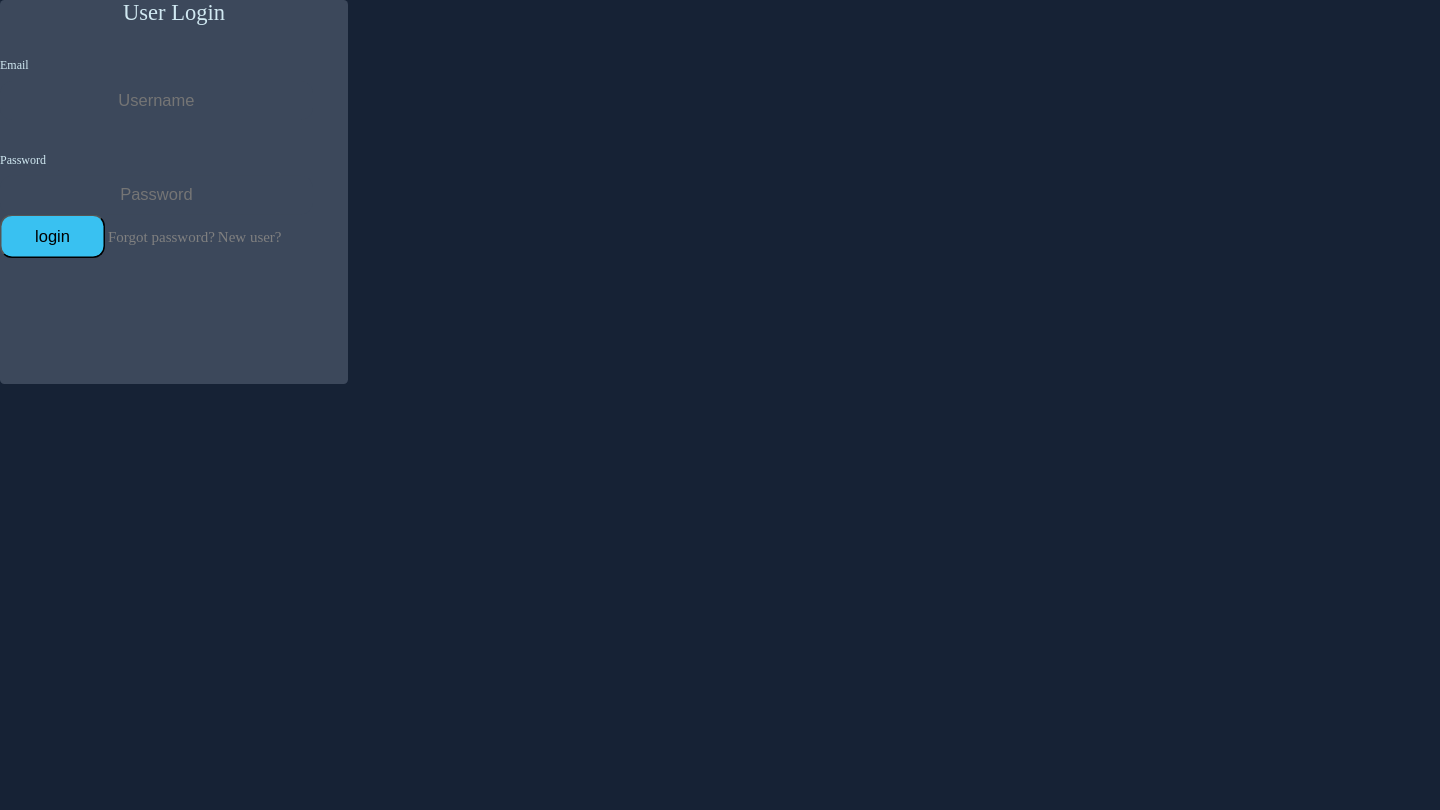
Repository: leystra019/nea
Page: html/user login.html
The author's editor kept a copy of each file at every save. The page is drawn from the files as they stood at one save, then again after the next save.
The browser window is 1280 px wide. The page is 1920 px wide, so the pictures cover 1920 px, including what lies to the right of the window. The pictures show the whole page, at 75% of full size.

Above is the page before, as saved 2022-12-12 09:50:58.

### html/user login.html

<!DOCTYPE html>
<html lang="en">
<head>
    <meta charset="UTF-8">
    <meta http-equiv="X-UA-Compatible" content="IE=edge">
    <meta name="viewport" content="width=device-width, initial-scale=1.0">
    <title>Login_system</title>
    <link href="/neatest/css/login.css" rel="stylesheet" type="text/css">
</head>
<body>
    <div class="background">
        <div class="ln-card">
            <div class="title">User Login</div>
            <form action="/neatest/php/main php/authlogin.php" method="post">
                <header>Email</header>
                <input type="username" name="username" id="username" class="logbox" placeholder="Username">
                <header>Password</header>
                <input type="password" name="password" class="logbox" id="password" placeholder="Password">
                <input type="submit" value="login" class="submbtn" id="button">
                <a href="/neatest/html/passwordcheck.html">Forgot password?</a>
                <a href="registration.html">New user?</a>
            </form>
        </div>



    </div>
</body>
</html>

### css/login.css
* {
    margin: 0px !important;
    padding: 0px !important;
    text-decoration: none;

  }

.background {
  width: 1920px;
  height: 1080px;
  background-color: #162235;
  padding-top: 123px;

}


.ln-card {
    height: 512px;
    width: 464px;
    background-color: #3C485B;
    border: 0px;
    padding-top: 46px;
    border-radius: 6px;
    margin: auto
}

.title {
  font-size: 30px;
  text-align: center;
  color: #D1E9F2;
  text-align: center;
  padding-top: 32px;
}

b {
  font-size: 22px;
  margin-left: 60px;
  margin-bottom: 0;

}

.profile-img {
  height: 204px;
  margin-top: 96px;
  margin-left: 184px;
  width: 255px;
}

.logbox {
  margin-left: 104px;
  margin-right: 104px;
  border-radius: 16px;
  border: 1px;
  height: 52px;
  width: 417px;
  background-color: #3C485B;
  border-color: #c0c0c0;
  font-size: 22px;
  text-align: center;
  margin-top: 43px;
  color: grey;


}

.submbtn {
  position: sticky;
  margin-top: 25px;
  margin-left: 250px;
  margin-bottom: 40px;
  width: 140px;
  height: 58px;
  background-color: #39C1F1;
  text-align: center;
  border-radius: 16px;
  font-size: 22px;

}

.login form input[type="submit"]:hover {
	background-color: #2868c7;
  	transition: background-color 0.2s;
}

a {
  font-size: 20px;
  margin-left: 5px;
  color: grey;

}

header {
  color: #D1E9F2;
  padding-bottom: 12px !important;
  padding-top: 44px !important;
  font-size: 16px;
}

After the next save:
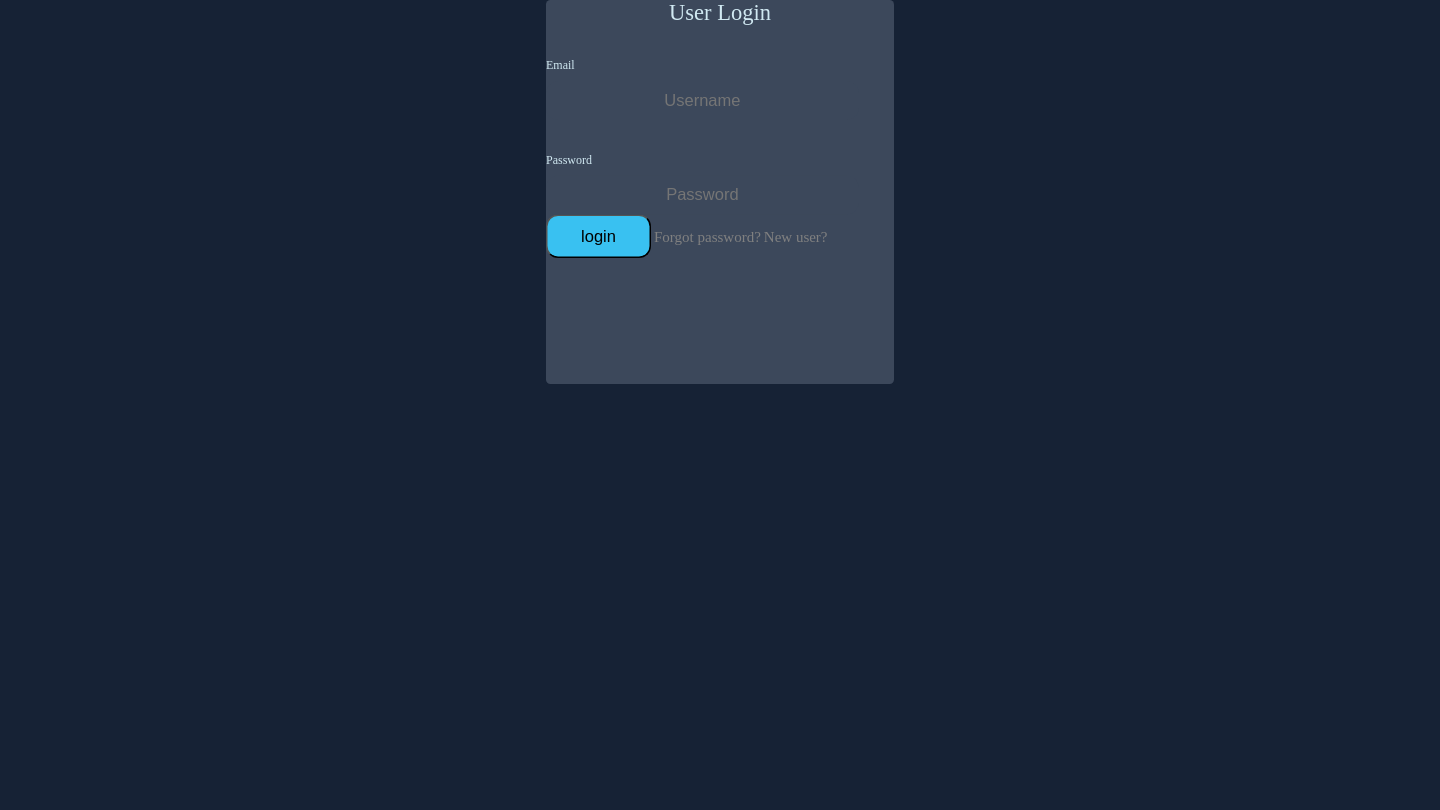
Saved 36 s later.
--- a/css/login.css
+++ b/css/login.css
@@ -21,7 +21,7 @@
     border: 0px;
     padding-top: 46px;
     border-radius: 6px;
-    margin: auto
+    margin: auto !important;
 }
 
 .title {
